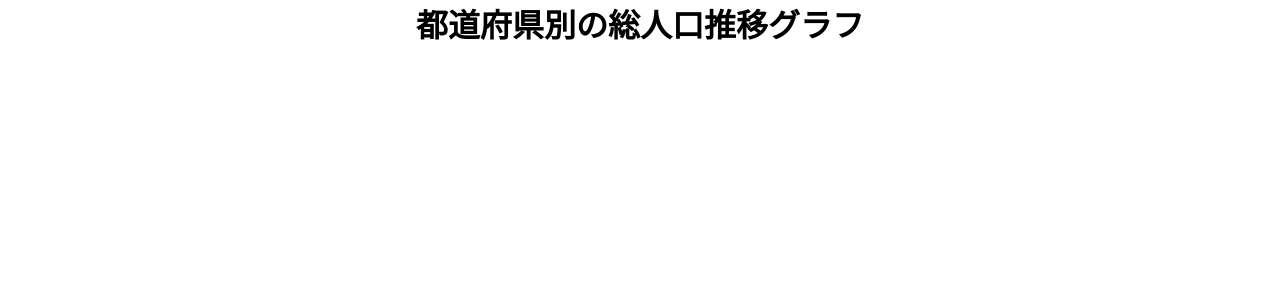
Repository: shisyamoCat/reqriutment-test
Page: /
An editor plug-in stored every save of this project. The page is shown before and after the next save, followed by the edit.
The browser window is 1280 px wide. The pictures show the whole page.
The page's requests for data from a server got no answer. The project was rebuilt for these pictures with package versions that can differ from the ones it lists, and the page was loaded fresh each time. No one was signed in, and anything a server would have sent is missing. Also part of the build but not shown: src/components/Pref.jsx.

Above is the page before, as saved 2022-07-06 14:53:09.

### src/App.js
import './App.css';
import React, { useState, useEffect, useCallback } from 'react';
import Highcharts from 'highcharts';
import HighchartsReact from 'highcharts-react-official';
import { PrefLists } from './components/index';

const App = () => {
    const [pref, setPref] = useState({});
    const [prefData, setPrefData] = useState({});
    const [highcharts, setHighcharts] = useState({});
    const [options, setOptions] = useState({});
    const [isSelected, setIsSelected] = useState(false);
    // const selected = array(47).fill(false);
    const apiKey = process.env.REACT_APP_API_KEY;

    const changeSelected = (index) => {
        const url = `https://opendata.resas-portal.go.jp/api/v1/population/composition/perYear?cityCode=-&prefCode=${index + 1}`;

        // 都道府県のチェック判定の為の配列を用意
        // const selectState = selected.slice();

        //
        // selectState[index] = !selectState[index];
        return(
            fetch(url, { headers: {"X-API-KEY": apiKey} })
        )
    }

    // 初回レンダリング時に都道府県一覧を取得
    useEffect(() => {
        // RESAS-API 都道府県一覧アドレス
        const url = "'https://opendata.resas-portal.go.jp/api/v1/prefectures'";
        // API-KEYを設定
        const apiKey = "U2aVmhmh8UtrR57OuIlLifb4l9TBasRQN5KeuHgP";

        fetch(url, { headers: {"X-API-KEY": apiKey} })
        .then(res => res.json())
        .then(data => {
            setPrefData(data.result)
            console.log(data);
        });
    }, []);

    return (
        <div className="wrapper">
            <header className="header">
                <h1 className="h1">都道府県別の総⼈⼝推移グラフ</h1>
            </header>

            <main>
                {/* <PrefLists prefData={prefData} selected={isSelected}/> */}
                {/* <HighchartsReact Highcharts={highcharts} options={options} /> */}
            </main>
        </div>
    );
}

export default App

### src/App.css
.header .h1 {
    width: fit-content;
    margin: 0 auto;
}

### src/components/index.js
// export { default as Pref } from './Pref';
export { default as PrefLists } from './PrefLists';

### src/components/PrefLists.jsx
import React from 'react';
import { default as Pref } from './Pref';

const PrefLists = (props) => {
    return (
        <div className="pref-grid">
            <p>hello</p>
            {/* {props.prefData.map((value, index) => {
                return <Pref
                    prefName={value.prefName}
                    key={index.toString()}
                    checked={props.isSelected}
                    />
            })} */}
        </div>
    );
}

export default PrefLists

Loaded but not shown: public/index.html (common file); src/index.js (common file); src/index.css (common file); src/reportWebVitals.js (common file)

After the next save:
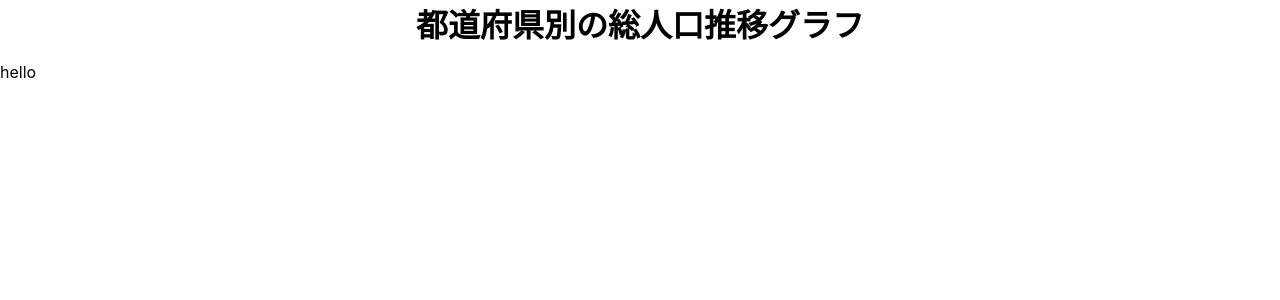
Saved 13 s later.
--- a/src/App.js
+++ b/src/App.js
@@ -48,7 +48,7 @@ const App = () => {
             </header>
 
             <main>
-                {/* <PrefLists prefData={prefData} selected={isSelected}/> */}
+                <PrefLists prefData={prefData} selected={isSelected}/>
                 {/* <HighchartsReact Highcharts={highcharts} options={options} /> */}
             </main>
         </div>
